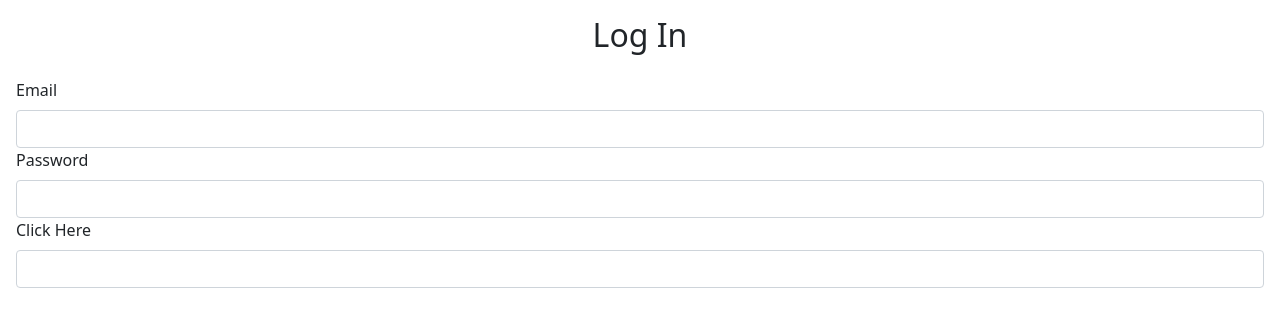
Repository: ShalevHadar/Tasky-app
Page: /login
The author's editor kept a copy of each file at every save. The page is drawn from the files as they stood at one save, then again after the next save.
The browser window is 1280 px wide. The pictures show the whole page.
The project was rebuilt for these pictures with package versions that can differ from the ones it lists, and the page was loaded fresh each time. Also part of the build but not shown: src/components/Signup.jsx, src/components/Dashboard.jsx.

Above is the page before, as saved 2021-10-11 02:08:35.

### public/index.html
<!DOCTYPE html>
<html lang="en">
  <head>
    <title>JSX</title>
    <link rel="stylesheet" href="style.css">
  </head>

  <body>
    <div id="root"></div>
    <script src="../src/index.js" type="text/JSX"></script>
  </body>
</html>

### src/index.js
import React from 'react';
import ReactDOM from 'react-dom';
import App from './components/App'

ReactDOM.render(
  <div>
    <App/>
  </div>
  ,
  document.getElementById('root')
);

### src/components/App.jsx
import React from 'react';
import { BrowserRouter, Switch, Route } from 'react-router-dom';
import 'bootstrap/dist/css/bootstrap.min.css';
import Signup from './Signup'
import Login from './Login'
import Dashboard from './Dashboard'


function App() {
  return (
    <div className="App">
      <BrowserRouter>
        <Switch>
          <Route exact path="/login" component={Login} />
          <Route path="/signup" component={Signup} />
          <Route path="/dashboard" component={Dashboard} />
        </Switch>
      </BrowserRouter>
    </div>
  );
}

export default App;

### src/components/Login.jsx
import React from "react";
import { Form, Button, Card, Alert } from "react-bootstrap";

export default function Login() {
  return (
    <div>
      <Card.Body>
        <h2 className="text-center mb-4">Log In</h2>
        <Form.Group id="email">
          <Form.Label>Email</Form.Label>
          <Form.Control type="email" required />
        </Form.Group>
        <Form.Group id="password">
          <Form.Label>Password</Form.Label>
          <Form.Control type="password" required />
        </Form.Group>
        <Form.Group id="button">
          <Form.Label>Click Here</Form.Label>
          <Form.Control type="password" required />
        </Form.Group>
      </Card.Body>
    </div>
  );
}

### public/style.css
body {
    color:red
}

After the next save:
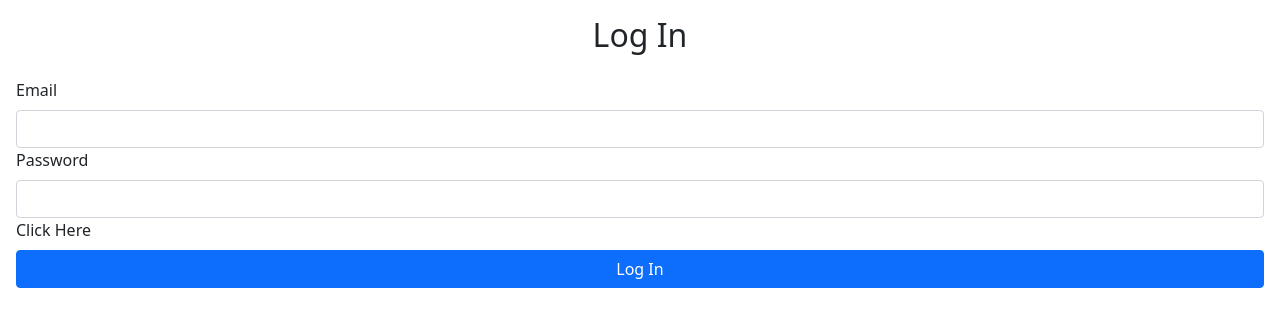
Saved 14 s later.
--- a/src/components/Login.jsx
+++ b/src/components/Login.jsx
@@ -16,7 +16,9 @@ export default function Login() {
         </Form.Group>
         <Form.Group id="button">
           <Form.Label>Click Here</Form.Label>
-          <Form.Control type="password" required />
+          <Button className="w-100" type="submit">
+              Log In
+            </Button>
         </Form.Group>
       </Card.Body>
     </div>
